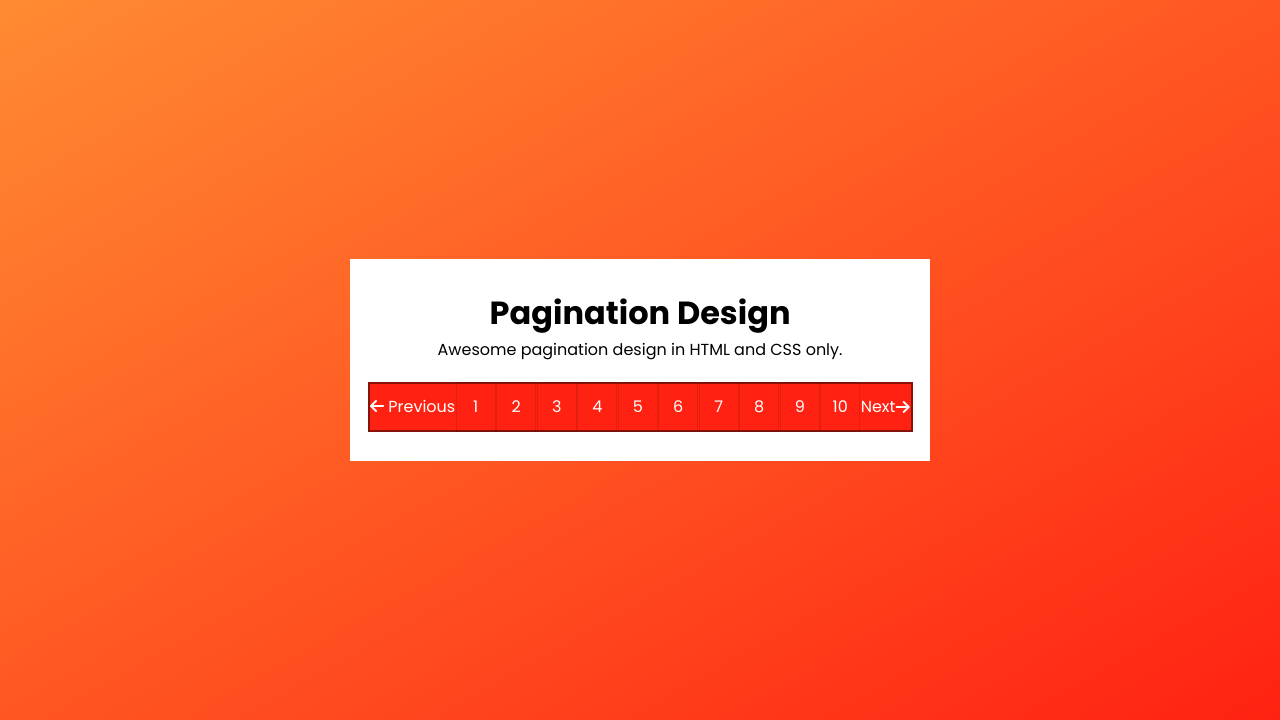
Repository: Ankitkr2021/Awesome-Pagination
Page: index.html
These files come from the project's save history. The page is drawn as it stood at one moment and after the next save; the edit follows.
The browser window is 1280 px wide. The pictures show the whole page.
The pointer rests on the first visible `div`.

Above is the page before, as saved 2025-10-02 09:12:54.

### index.html
<!DOCTYPE html>
<html lang="en">
<head>
    <meta charset="UTF-8">
    <meta name="viewport" content="width=device-width, initial-scale=1.0">
    <title>Document</title>
    <link rel="stylesheet" href="https://cdnjs.cloudflare.com/ajax/libs/font-awesome/6.5.0/css/all.min.css">
    <link rel="stylesheet" href="./style.css">
</head>
<body>
    <div class="page">
        <h1>Pagination Design</h1>
        <p>Awesome pagination design in HTML and CSS only.</p>
        <div class="box">
             <div><i class="fas fa-arrow-left"></i> Previous</div>
            <div style="width: 40px;height: 50px; border: 1px solid rgba(0, 0, 0, 0.1);display: flex; justify-content: center; align-items: center;">1</div>
            <div style="width: 40px;height: 50px; border: 1px solid rgba(0, 0, 0, 0.1);display: flex; justify-content: center; align-items: center;">2</div>
            <div style="width: 40px;height: 50px; border: 1px solid rgba(0, 0, 0, 0.1);display: flex; justify-content: center; align-items: center;">3</div>
            <div style="width: 40px;height: 50px; border: 1px solid rgba(0, 0, 0, 0.1);display: flex; justify-content: center; align-items: center;">4</div>
            <div style="width: 40px;height: 50px; border: 1px solid rgba(0, 0, 0, 0.1);display: flex; justify-content: center; align-items: center;">5</div>
            <div style="width: 40px;height: 50px; border: 1px solid rgba(0, 0, 0, 0.1);display: flex; justify-content: center; align-items: center;">6</div>
            <div style="width: 40px;height: 50px; border: 1px solid rgba(0, 0, 0, 0.1);display: flex; justify-content: center; align-items: center;">7</div>
            <div style="width: 40px;height: 50px; border: 1px solid rgba(0, 0, 0, 0.1);display: flex; justify-content: center; align-items: center;">8</div>
            <div style="width: 40px;height: 50px; border: 1px solid rgba(0, 0, 0, 0.1);display: flex; justify-content: center; align-items: center;">9</div>
            <div style="width: 40px;height: 50px; border: 1px solid rgba(0, 0, 0, 0.1);display: flex; justify-content: center; align-items: center;">10</div>
            Next<i class="fas fa-arrow-right"></i>
        </div>
    </div>
</body>
</html>

### style.css
@import url("https://fonts.googleapis.com/css2?family=Poppins:wght@300;400;500;600;700&display=swap");

*{
    margin: 0;
    padding: 0;
    box-sizing: border-box;
    font-family: "Poppins",sans-serif;
}

body{
    display: flex;
   justify-content: center;
   align-items: center;
    height: 100vh;
    width: 100%;
    background: linear-gradient(to bottom right, rgb(255, 139, 50), rgb(255, 34, 18));
}

.page{
   display: flex;
   justify-content: center;
   align-items: center;
   flex-direction: column;
   background: #fff;
   width: 580px;
   height: 202px;
}

h1 {
    padding: 0 20px;
}

p {
    margin-bottom: 20px;
}

.box {
    background: rgb(255, 34, 18);
    color: #fff;
    height: 50px;
    width: 545px;
    display: flex;
    justify-content: space-evenly;
    align-items: center;
    border: 2px solid rgba(0, 0, 0, 0.475);
}

After the next save:
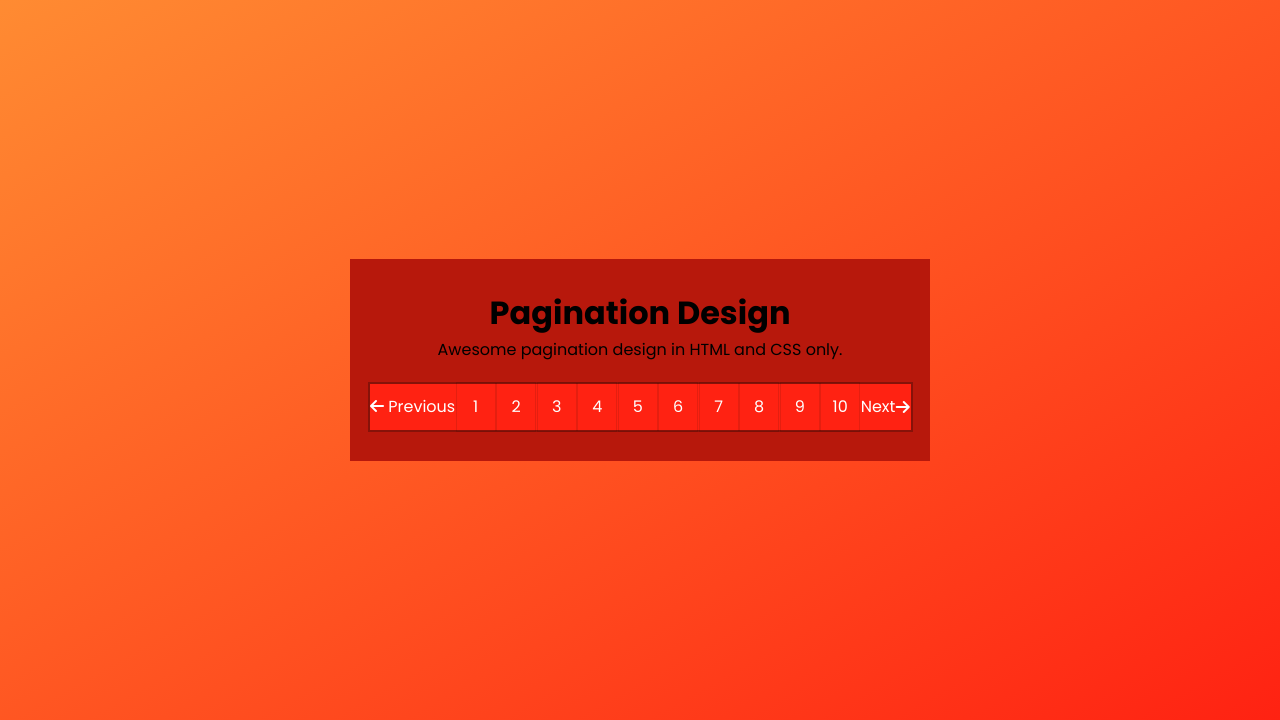
Saved 28 s later.
--- a/style.css
+++ b/style.css
@@ -44,3 +44,7 @@ p {
     align-items: center;
     border: 2px solid rgba(0, 0, 0, 0.475);
 }
+
+div:hover{
+    background: rgb(183, 24, 12)
+}

After the save that followed:
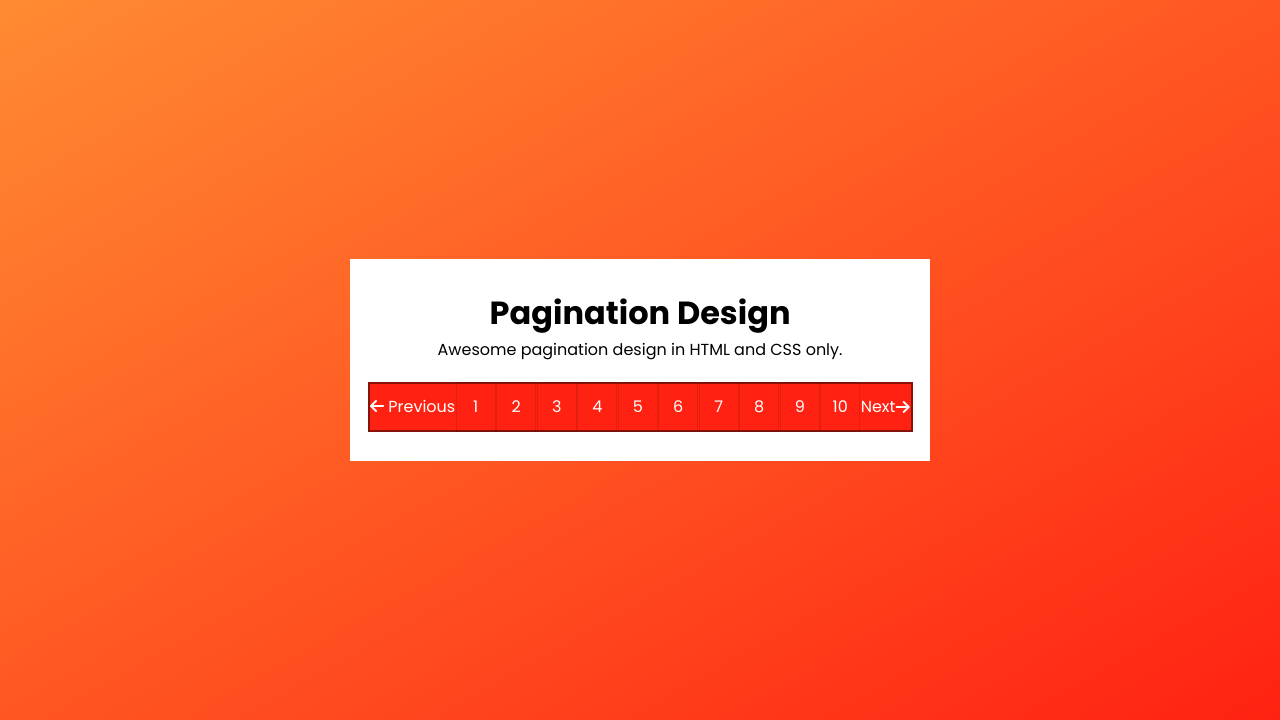
Saved 23 s later.
--- a/style.css
+++ b/style.css
@@ -44,7 +44,3 @@ p {
     align-items: center;
     border: 2px solid rgba(0, 0, 0, 0.475);
 }
-
-div:hover{
-    background: rgb(183, 24, 12)
-}
